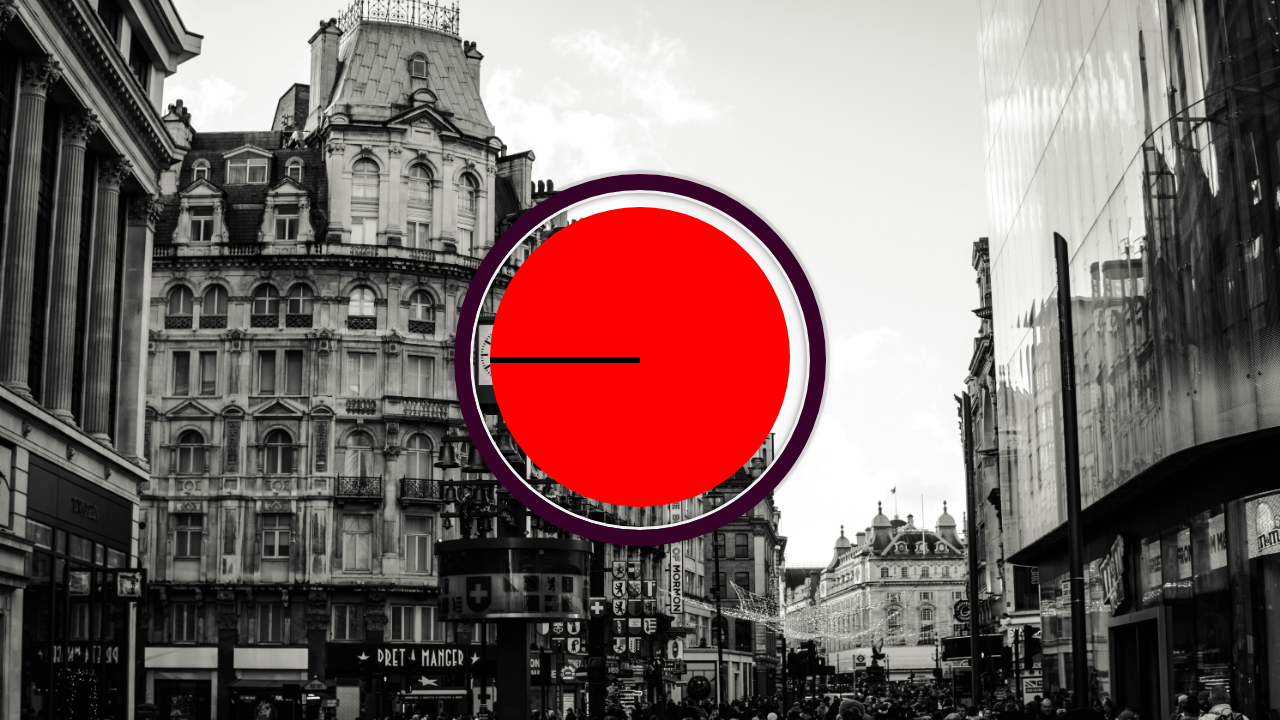
Repository: Freezler/javascript-css-clock
Page: index.html
An editor plug-in stored every save of this project. The page is shown before and after the next save, followed by the edit.
The browser window is 1280 px wide. The pictures show the whole page.

Above is the page before, as saved 2024-08-24 15:47:16.

After the next save:
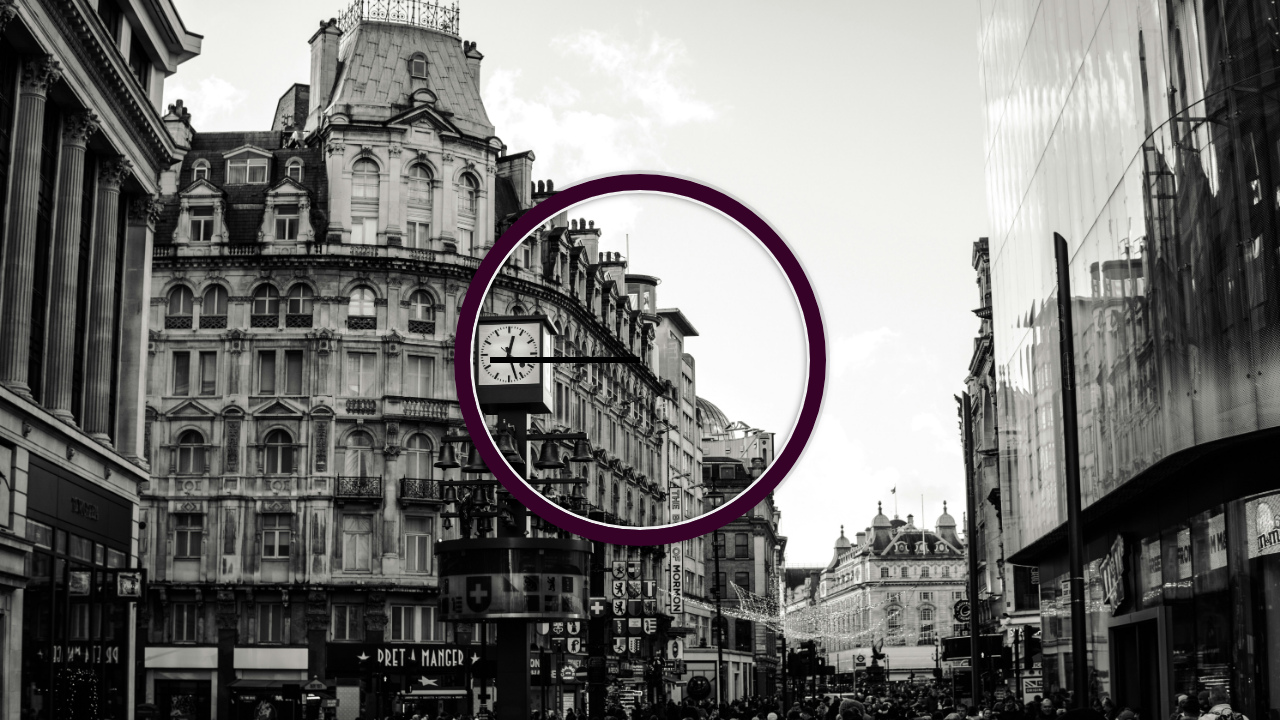
Saved 52 s later.
--- a/style.css
+++ b/style.css
@@ -39,7 +39,7 @@ body {
     height: 100%;
     transform: translateY(-3px);
     /* account for the height of the clock hands */
-    background: red;
+    background: hsla(0, 0, 10, .5);
 
     border-radius: 50%;
 
